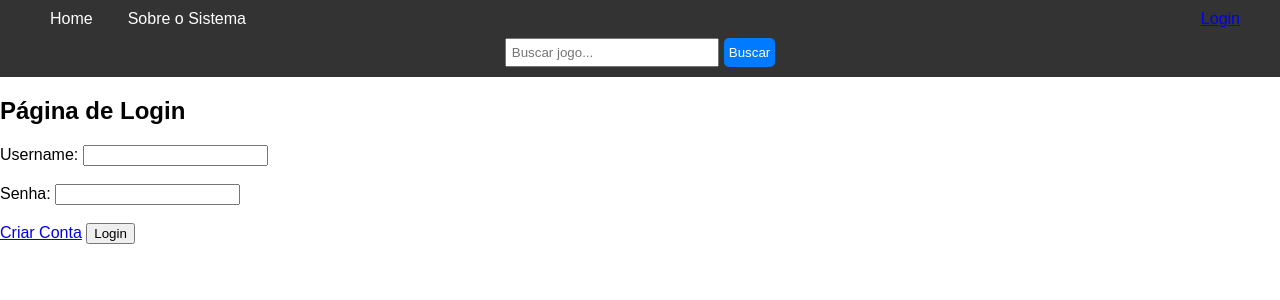
Repository: lucasparila/JogosEletronicos
Page: http://localhost/JogosEletronicos/view/login.jsp
These files come from the project's save history. The page is drawn as it stood at one moment and after the next save; the edit follows.
The browser window is 1280 px wide. The pictures show the whole page.
The page is served by Tomcat 9. Other server files are loaded and not shown.

Above is the page before, as saved 2025-05-17 18:20:18.

### JogosEletronicos/src/main/webapp/view/login.jsp
<%@ page contentType="text/html; charset=UTF-8" pageEncoding="UTF-8" %>
<!DOCTYPE html>
<html>
<head>
    <title>Cadastrar Jogo</title>
    <link rel="stylesheet" href="<%= request.getContextPath() %>/css/header.css">
</head>
<body>

<%
    String contextPath = ((HttpServletRequest) request).getContextPath();
%>

    <jsp:include page="header.jsp" />
    <h2 class="titulo-login">Página de Login</h2>

    <form class="form-login" action="<%= request.getContextPath() %>/login" method="post">
        <label>Username:</label>
        <input type="text" name="username" required><br><br> <!-- Correção aqui -->

        <label>Senha:</label>
        <input type="password" name="senha" required><br><br> <!-- Correção aqui -->

        <a href="<%= contextPath %>/view/criar-conta.jsp">Criar Conta</a>
        <input type="submit" value="Login">
    </form>

    <% String mensagem = (String) session.getAttribute("mensagem"); %>
<% if (mensagem != null) { %>
    <p style="color: red;"><%= mensagem %></p>
    <% session.removeAttribute("mensagem"); %> <!-- Remove após exibir -->
<% } %>
</body>
</html>

### JogosEletronicos/src/main/webapp/view/header.jsp
<%@ page contentType="text/html; charset=UTF-8" pageEncoding="UTF-8" session="true" %>
<!DOCTYPE html>
<html>
<head>
    <title>Header</title>
    <link rel="stylesheet" href="<%= request.getContextPath() %>/css/header.css">
</head>
<body>

<%
    String username = (String) session.getAttribute("username");
    String contextPath = request.getContextPath();
%>

<header>
    <nav class="navbar">
        <ul class="menu">
            <li><a href="<%= contextPath %>/index.jsp">Home</a></li>
            <li><a href="<%= contextPath %>/view/sobre-sistema.jsp">Sobre o Sistema</a></li>
        </ul>

        <div class="user-section">
            <% if (username != null) { %>
                <span class="saudacao"><%= username %>!</span>
                <a href="<%= contextPath %>/logout" class="logout">Sair</a>
            <% } else { %>
                <a href="<%= contextPath %>/view/login.jsp">Login</a>
            <% } %>
        </div>
    </nav>

    <!-- Campo de busca -->
    <form action="<%= contextPath %>/buscar-jogo" method="post" class="search-form">
        <input type="text" name="titulo" placeholder="Buscar jogo..." required>
        <button type="submit">Buscar</button>
    </form>
</header>

</body>
</html>

### JogosEletronicos/src/main/webapp/css/header.css
body, html {
    margin: 0;
    padding: 0;
    font-family: Arial, sans-serif;
}

header {
    background-color: #333;
    padding: 10px;
    display: flex;
    flex-direction: column;
    align-items: center;
}

.navbar {
    display: flex;
    justify-content: space-between;
    width: 100%;
    max-width: 1200px;
    align-items: center;
}

.menu {
    list-style: none;
    padding: 0;
    margin: 0;
    display: flex;
}

.menu li {
    margin-right: 15px;
}

.menu li a {
    color: #fff;
    text-decoration: none;
    padding: 5px 10px;
    transition: background-color 0.3s;
}

.menu li a:hover {
    background-color: #555;
}

.user-section {
	list-style: none;
    display: flex;
    align-items: center;
    gap: 15px;
}

.saudacao {
    color: #fff;
}

.logout {
    color: #fff;
    text-decoration: none;
    padding: 5px 10px;
    transition: background-color 0.3s;
}

.logout:hover {
    background-color: #555;
}

.search-form {
    margin-top: 10px;
    display: flex;
    justify-content: center;
    width: 100%;
}

.search-form input[type="text"] {
    padding: 5px;
    margin-right: 5px;
    width: 200px;
}

.search-form button {
    padding: 5px;
    background-color: #007bff;
    color: #fff;
    border: none;
    cursor: pointer;
    border-radius: 5px;
}

.search-form button:hover {
    background-color: #0056b3;
}

After the next save:
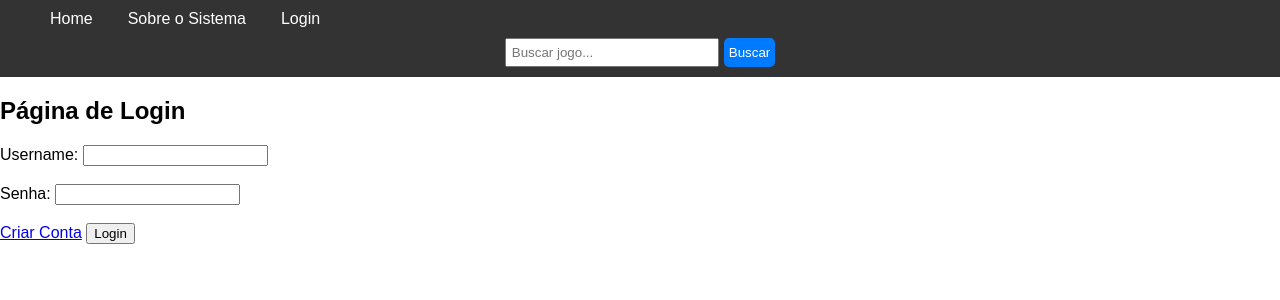
Saved 7 min 0 s later.
--- a/JogosEletronicos/src/main/webapp/view/header.jsp
+++ b/JogosEletronicos/src/main/webapp/view/header.jsp
@@ -14,19 +14,24 @@
 
 <header>
     <nav class="navbar">
-        <ul class="menu">
-            <li><a href="<%= contextPath %>/index.jsp">Home</a></li>
-            <li><a href="<%= contextPath %>/view/sobre-sistema.jsp">Sobre o Sistema</a></li>
-        </ul>
 
-        <div class="user-section">
             <% if (username != null) { %>
-                <span class="saudacao"><%= username %>!</span>
-                <a href="<%= contextPath %>/logout" class="logout">Sair</a>
+            	 <ul class="menu">
+            		<li><a href="<%= contextPath %>/index.jsp">Home</a></li>
+            		<li><a href="<%= contextPath %>/view/sobre-sistema.jsp">Sobre o Sistema</a></li>
+            		<li><a href="<%= contextPath %>/view/exibirjogo.jsp">Meus jogos</a></li>
+            		<li><span class="saudacao"><%= username %>!</span></li>
+               		<li><a href="<%= contextPath %>/logout" class="logout">Sair</a></li>
+       			 </ul>
+
             <% } else { %>
-                <a href="<%= contextPath %>/view/login.jsp">Login</a>
+           		 <ul class="menu">
+           			 <li><a href="<%= contextPath %>/index.jsp">Home</a></li>
+            		 <li><a href="<%= contextPath %>/view/sobre-sistema.jsp">Sobre o Sistema</a></li>
+            		 <li><a href="<%= contextPath %>/view/login.jsp">Login</a></li>
+       			 </ul>
+
             <% } %>
-        </div>
     </nav>
 
     <!-- Campo de busca -->
